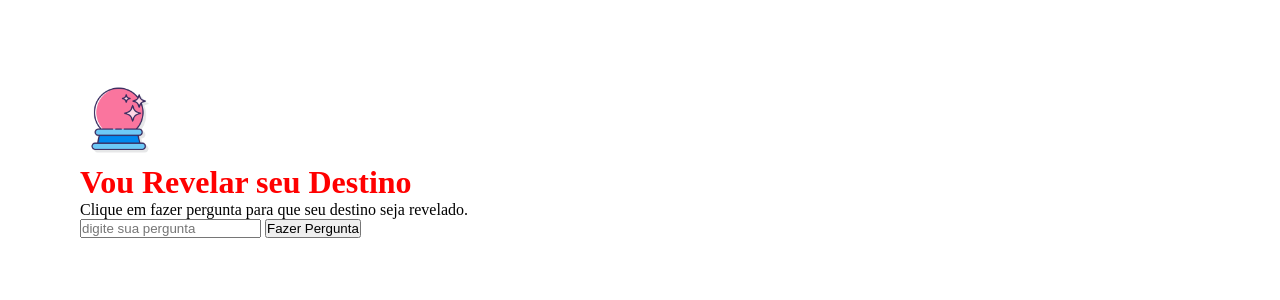
Repository: guilhermecardoso93/nlwexplorer
Page: index.html
These files come from the project's save history. The page is drawn as it stood at one moment and after the next save; the edit follows.
The browser window is 1280 px wide. The pictures show the whole page.

Above is the page before, as saved 2022-06-08 23:32:09.

After the next save:
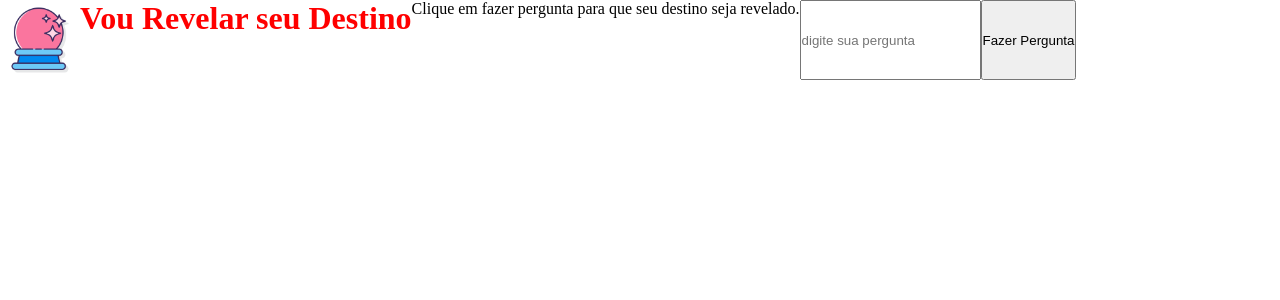
Saved 13 s later.
--- a/styles.css
+++ b/styles.css
@@ -8,7 +8,7 @@
 }
 
 main .principal{
-  margin: 5rem;
+ display: flex;
 }
 
 h1 {
